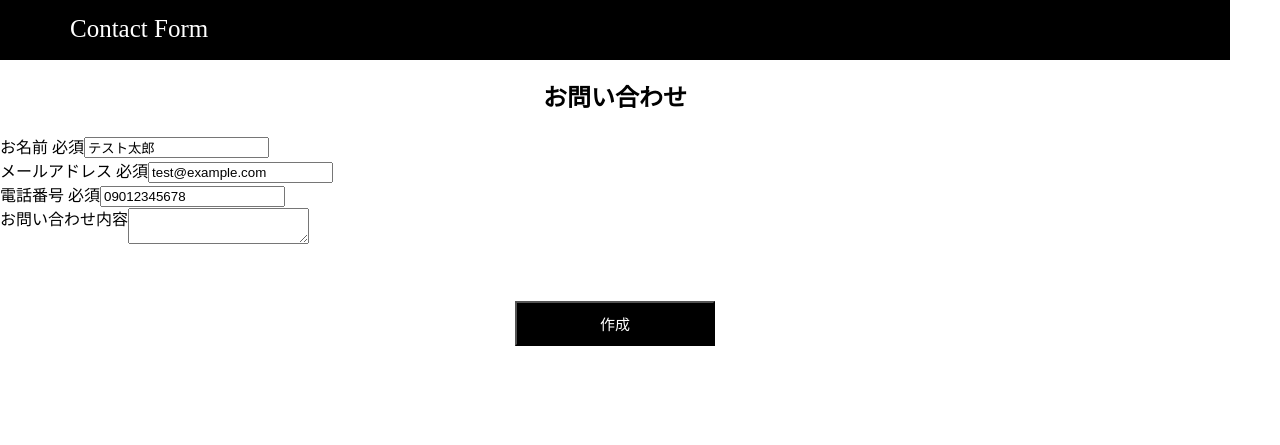
Repository: mayu-ya/my-contact-form
Page: http://localhost/
The author's editor kept a copy of each file at every save. The page is drawn from the files as they stood at one save, then again after the next save.
The browser window is 1280 px wide. The pictures show the whole page.
The page is served by the project's Laravel application, run on PHP 8.4 with Laravel 8.

Above is the page before, as saved 2026-01-01 14:54:25.

After the next save:
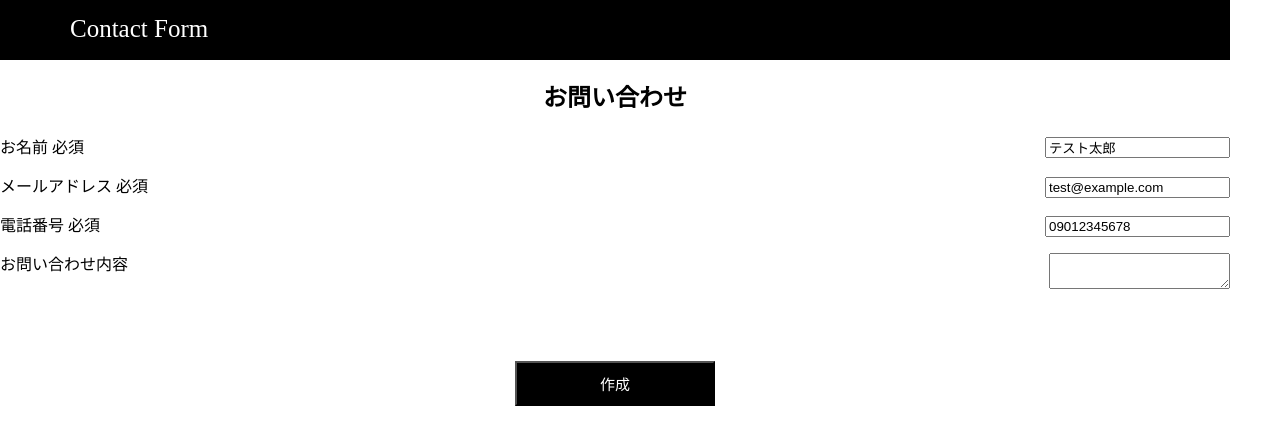
Saved 3 min 27 s later.
--- a/src/public/css/index.css
+++ b/src/public/css/index.css
@@ -12,7 +12,8 @@
 
 .form-content {
     display: flex;
-
+    justify-content: space-between;
+    margin-bottom: 15px;
 }
 
 .form-button {
